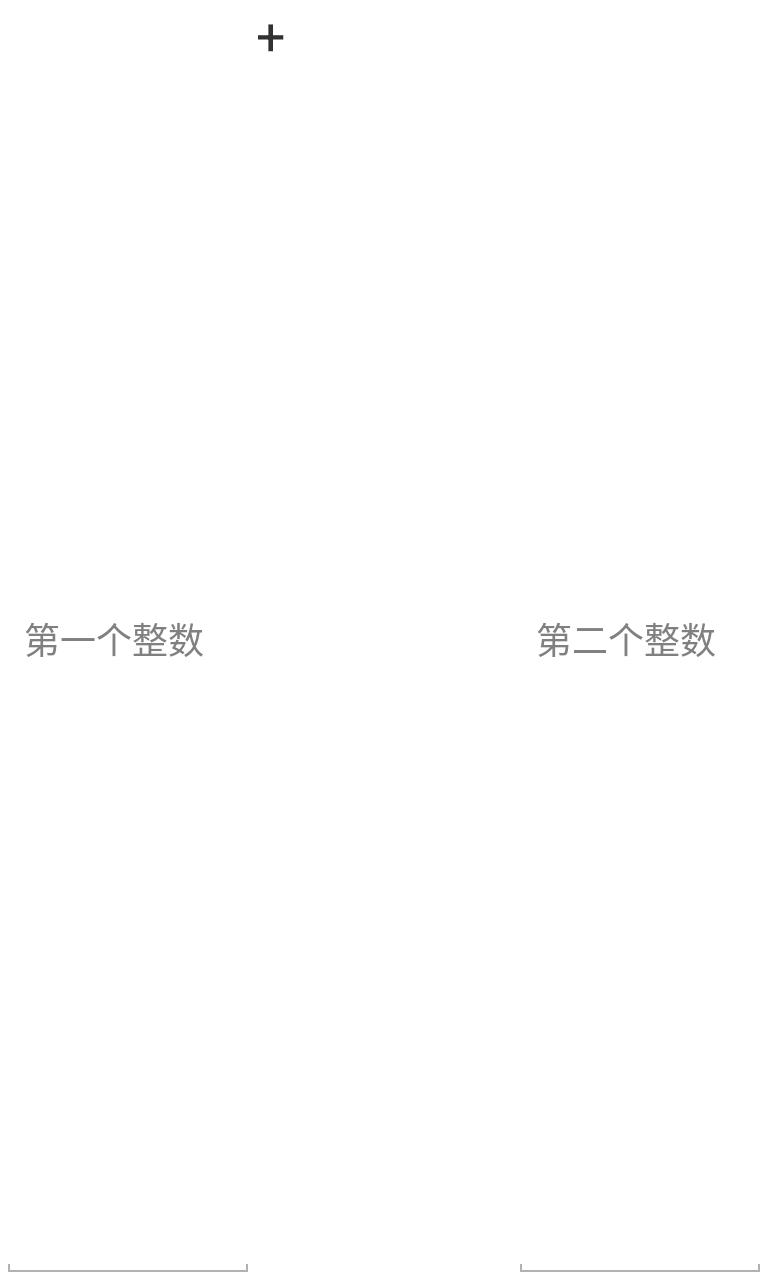
Repository: ouyangshengduo/Android_NDK_First
Layout: Android_NDK_Demo001/res/layout/activity_main.xml
These files come from the project's save history. The layout is drawn as it stood at one moment and after the next save; the edit follows.
It is drawn on a 768 x 1280 px phone screen (xhdpi) without system bars, with theme AppTheme; the app's code is not run.

Above is the layout before, as saved 2016-06-10 04:14:38.

After the next save:
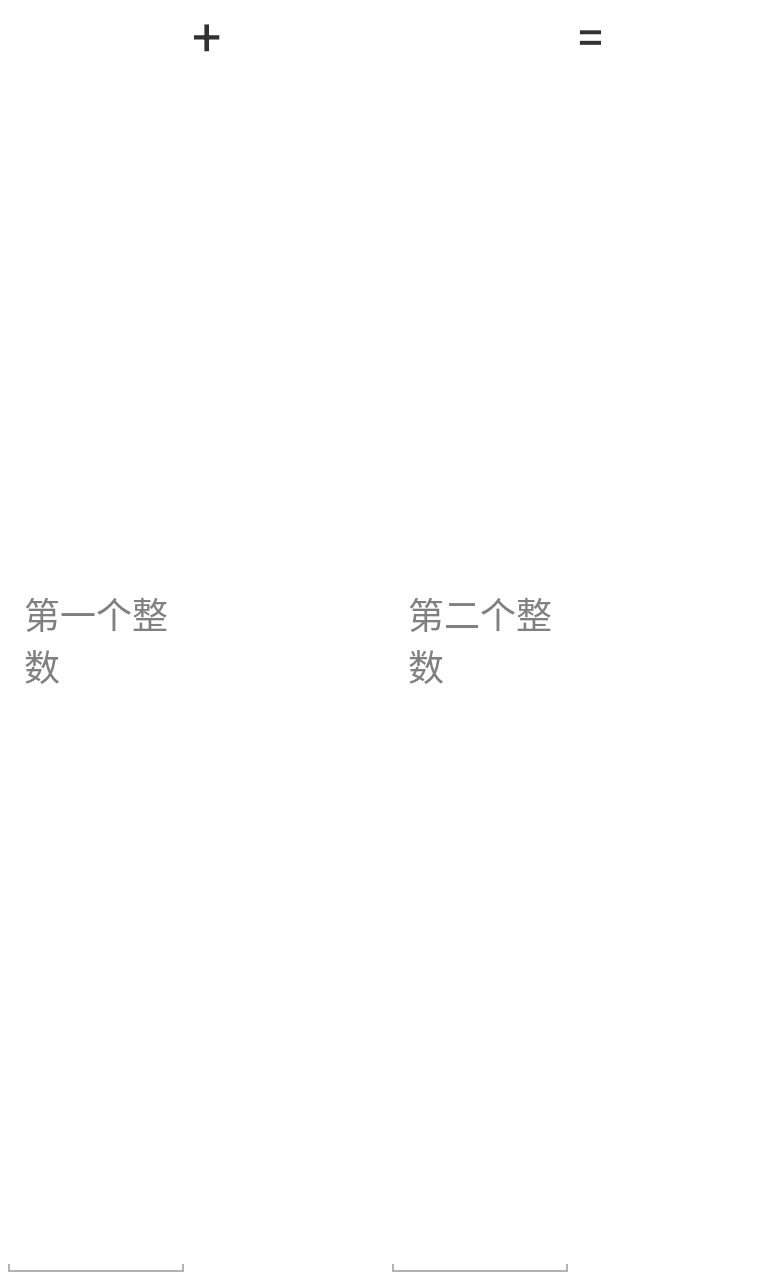
Saved 10 s later.
--- a/Android_NDK_Demo001/res/layout/activity_main.xml
+++ b/Android_NDK_Demo001/res/layout/activity_main.xml
@@ -31,6 +31,12 @@
             android:layout_weight="1"
             android:hint="第二个整数"
             />
+        <TextView
+            android:layout_height="fill_parent"
+            android:layout_width="0dp"
+            android:layout_weight="1"
+            android:text="="
+            android:textSize="26sp"/>
 
     </LinearLayout>
 
